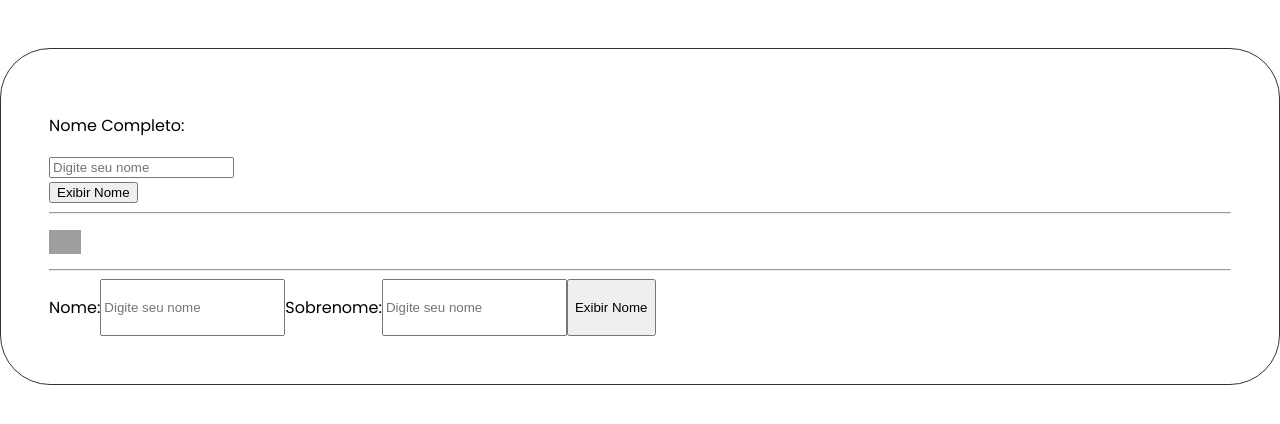
Repository: guilhermecardoso93/exerciciosjs
Page: index.html
An editor plug-in stored every save of this project. The page is shown before and after the next save, followed by the edit.
The browser window is 1280 px wide. The pictures show the whole page.
Pictures or frames that could not be fetched are drawn as grey boxes.

Above is the page before, as saved 2023-05-20 11:52:35.

### index.html
<!DOCTYPE html>
<html lang="pt-Br">
  <head>
    <meta charset="UTF-8">
    <meta http-equiv="X-UA-Compatible" content="IE=edge">
    <meta name="viewport" content="width=device-width, initial-scale=1.0">
    <link rel="preconnect" href="https://fonts.googleapis.com">
    <link rel="preconnect" href="https://fonts.gstatic.com" crossorigin>
    <link rel="stylesheet" href="styles.css">
    <link
      href="https://fonts.googleapis.com/css2?family=Poppins:wght@400;500&display=swap"
      rel="stylesheet">
    <title>40 - exercícios de JS</title>
  </head>
  <body>
    <p>Nome Completo:</p>
    <input type="text" name="name" id="name"
      placeholder="Digite seu nome"/>
    <br />
    <input type="button" value="Exibir Nome" id="exibir-nome"/>
    <hr />
    <p id="name-length" value></p>
    <img id="lamp" src="https://www.w3schools.com/js/pic_bulboff.gif">
    <hr/>
    <div class="fullNameDiv">
      <p>Nome:</p>
      <input type="text" name="name-2" id="name-2"
        placeholder="Digite seu nome"/>
      <p>Sobrenome:</p>
      <input type="text" name="fullname" id="fullname"
        placeholder="Digite seu nome"/>
      <br/>
      <input type="button" value="Exibir Nome" id="exibir-nome-convidado"/>
    </div>
  </body>
  <script src="./script.js"></script>
</html>

### styles.css
body {
  font-family: "Poppins", sans-serif;
  margin: 3rem 0;
  border: 1px solid #333;
  border-radius: 50px;
  padding: 3rem;
}

#lamp{
  cursor: pointer;
  cursor: hand;
  width: 2rem;
}

.fullNameDiv{
  display: flex;
}

### script.js
//alert('Hello World!');
const conta = `valor de 2 + 2 é`;
//alert(`${conta} ${2 + 2}` )

const buttonShowName = document.getElementById("exibir-nome");

buttonShowName.addEventListener("click", () => {
  const inputValue = document.getElementById("name").value;
  alert(`Meu nome Completo é ${inputValue}`);
  alert(`A quantidade de letras no seu nome é de ${inputValue.length}`);
});

function turnOnOff() {
  var image = document.getElementById("lamp").src;
  var lampOn = "https://www.w3schools.com/js/pic_bulbon.gif";
  var lampOff = "https://www.w3schools.com/js/pic_bulboff.gif";

  if (image == lampOn) {
    document.getElementById("lamp").src = lampOff;
  } else {
    document.getElementById("lamp").src = lampOn;
  }
}
document.getElementById("lamp").addEventListener("mouseover", turnOnOff);
//document.getElementById("lamp").addEventListener("click", turnOnOff);

const buttonShowFullName = document.getElementById("exibir-nome-convidado");

buttonShowFullName.addEventListener("click", () => {
  const inputValueName = document.getElementById("name-2").value;
  const inputValueFullName = document.getElementById("fullname").value;
  alert(`Meu nome Completo é ${inputValueName} ${inputValueFullName}`);
});

After the next save:
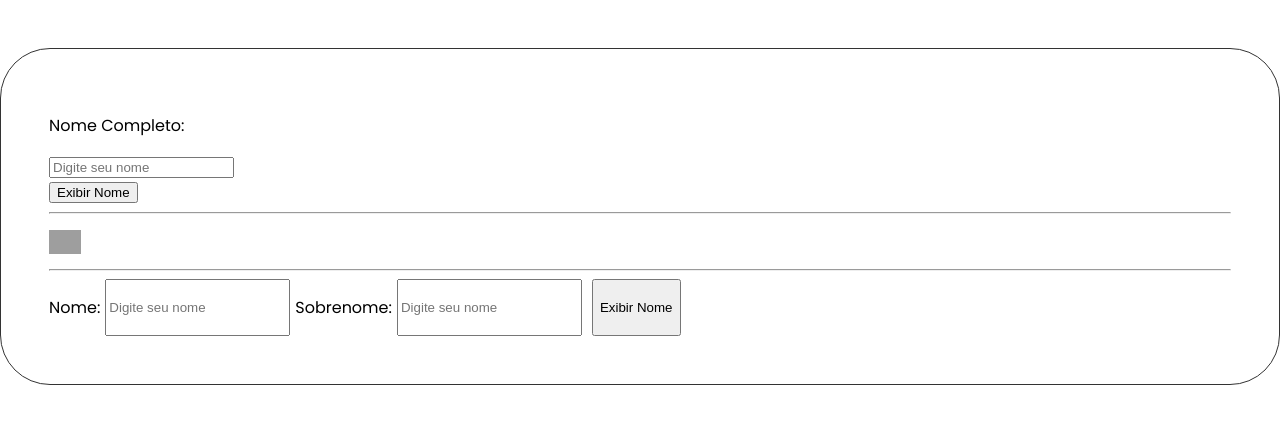
Saved 12 s later.
--- a/styles.css
+++ b/styles.css
@@ -14,4 +14,5 @@ body {
 
 .fullNameDiv{
   display: flex;
+  gap: 5px;
 }
